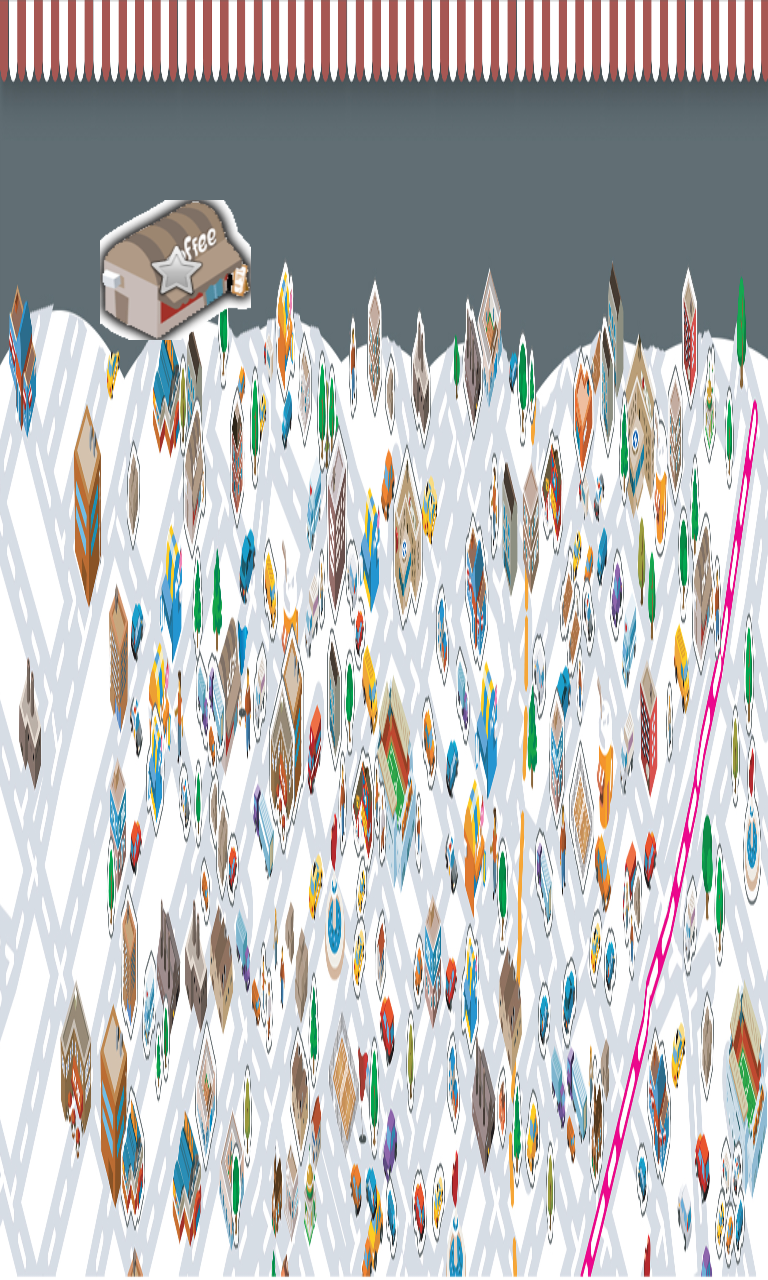
Repository: ahmeda8/playable
Layout: Playable/res/layout/activity_main.xml
An editor plug-in stored every save of this project. The layout is shown before and after the next save, followed by the edit.
It is drawn on a 768 x 1280 px phone screen (xhdpi) without system bars, with theme AppTheme; the app's code is not run.

Above is the layout before, as saved 2013-07-20 20:54:19.

### Playable/res/layout/activity_main.xml
<RelativeLayout xmlns:android="http://schemas.android.com/apk/res/android"
    xmlns:tools="http://schemas.android.com/tools"
    android:layout_width="match_parent"
    android:layout_height="match_parent"
    android:padding="0dp"
    tools:context=".MainActivity" >

        <HorizontalScrollView
            android:id="@+id/horizontalScrollView1"
            android:layout_width="3250dp"
            android:layout_height="match_parent"
            android:layout_margin="0dp"
            android:background="@drawable/map"
            android:fillViewport="true"
            android:padding="0dp" >

            <LinearLayout
                android:layout_width="wrap_content"
                android:layout_height="match_parent"
                android:orientation="horizontal"
                android:id="@+id/linearLayout1"
                >

                <ImageButton
                    android:id="@+id/imageButton1"
                    android:layout_width="wrap_content"
                    android:layout_height="wrap_content"
                    android:layout_marginLeft="50dp"
                    android:layout_marginTop="100dp"
                    android:background="@drawable/location"
                    android:src="@android:drawable/btn_star" />

            </LinearLayout>
        </HorizontalScrollView>
</RelativeLayout>

Loaded but not shown: Playable/res/values/styles.xml (common file); Playable/res/values-v11/styles.xml (common file); Playable/res/values-v14/styles.xml (common file)

After the next save:
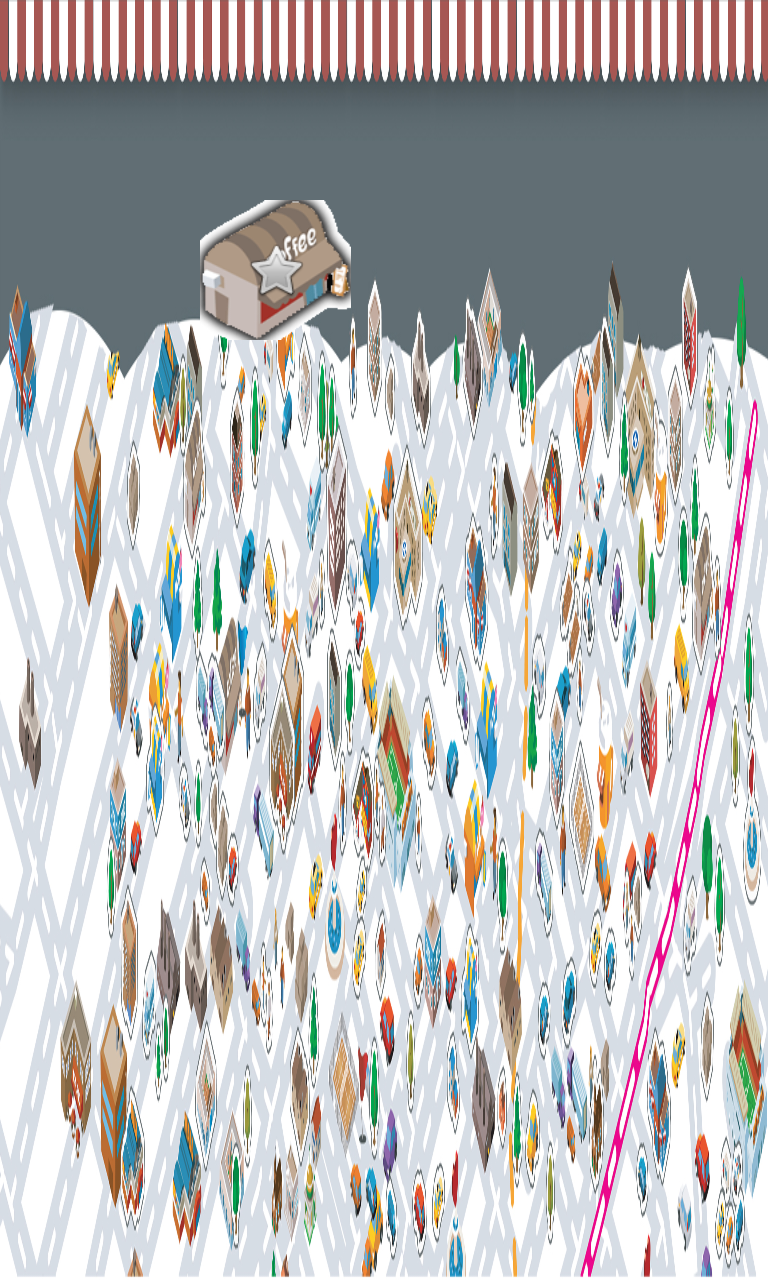
Saved 22 s later.
--- a/Playable/res/layout/activity_main.xml
+++ b/Playable/res/layout/activity_main.xml
@@ -25,7 +25,7 @@
                     android:id="@+id/imageButton1"
                     android:layout_width="wrap_content"
                     android:layout_height="wrap_content"
-                    android:layout_marginLeft="50dp"
+                    android:layout_marginLeft="100dp"
                     android:layout_marginTop="100dp"
                     android:background="@drawable/location"
                     android:src="@android:drawable/btn_star" />
